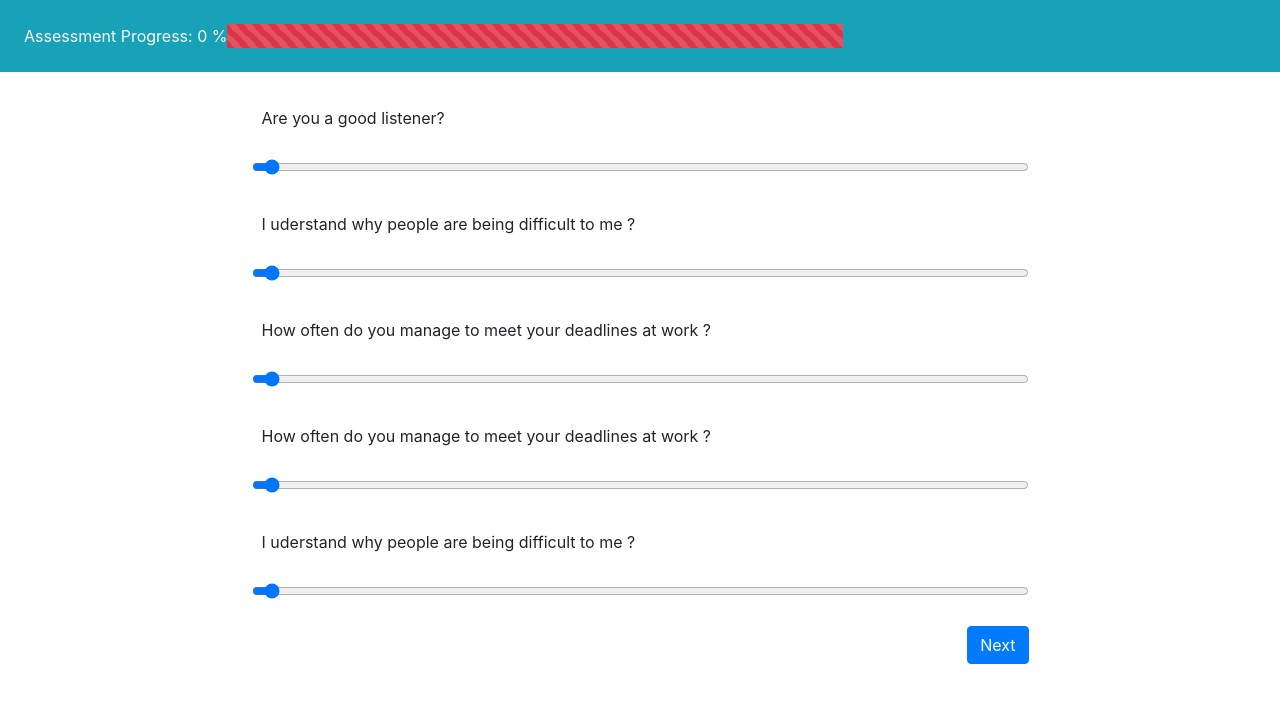
Repository: krushna2/dimentrix_tech
Page: /
The author's editor kept a copy of each file at every save. The page is drawn from the files as they stood at one save, then again after a run of saves.
The browser window is 1280 px wide. The pictures show the whole page.
The project was rebuilt for these pictures with package versions that can differ from the ones it lists, and the page was loaded fresh each time. Also part of the build but not shown: src/components/SecondPageComponent.js, src/components/ThirdPageComponent.js.

Above is the page before, as saved 2020-09-28 15:41:19.

### src/App.js
import React from 'react';
import MasterForm from './components/MasterFormComponent'
import './App.css';

function App() {
  return (
    <div className="App">
      <MasterForm/>
    </div>
  );
}

export default App;

### src/components/MasterFormComponent.js
import React, { Component } from 'react';
import { Form } from 'reactstrap';
import Step1 from './FirstPageComponent';
import Step2 from './SecondPageComponent';
import Step3 from './ThirdPageComponent';
import Header from './HeaderComponent';

class MasterForm extends Component {
    constructor(props) {
        super(props)

        this.state = {
            currentStep: 1,
            first: 0,
            second: 0,
            third: 0,
            fourth: 0,
            fifth: 0,
            sixth: 0,
            seventh: 0,
            eighth: 0,
            nineth: 0,
            tenth: 0,
            elewenth: 0,
            twelth: 0,
            totalScore: 0
        }

        this.handleChange = this.handleChange.bind(this)
        this._next = this._next.bind(this)
        this._prev = this._prev.bind(this)
    }

    _next() {
        let currentStep = this.state.currentStep
            // If the current step is 1 or 2, then add one on "next" button click
        currentStep = currentStep >= 2 ? 3 : currentStep + 1
        this.setState({
            currentStep: currentStep
        })
    }

    _prev() {
        let currentStep = this.state.currentStep
            // If the current step is 2 or 3, then subtract one on "previous" button click
        currentStep = currentStep <= 1 ? 1 : currentStep - 1
        this.setState({
            currentStep: currentStep
        })
    }

    handleChange(event) {
        let { name, value } = event.target
        this.setState({
            [name]: parseInt(value)
        })
        this.calculateScore()
    }

    calculateScore = () => {
        let { first, second, third, fourth, fifth, sixth, seventh, eighth, nineth, tenth, elewenth, twelth } = this.state
        this.setState({ totalScore: first + second + third + fourth + fifth + sixth + seventh + eighth + nineth + tenth + elewenth + twelth })

    }


    handleSubmit = (event) => {
            event.preventDefault()
            const score = this.state.totalScore

            if (score <= 33) {
                alert("Your Assessment Score  is Bad")
            } else if (score <= 66) {
                alert("Your Assessment Score is good")
            } else if (score > 66) {
                alert("Your Assessment Score  is Excellent")
            }


        }
        // shouldComponentUpdate(nextProps, nextState) {
        //   if (!this.handleSubmit) {
        //     return false;
        //   }
        //   return true;
        // }
    get previousButton() {
        let currentStep = this.state.currentStep;
        // If the current step is not 1, then render the "previous" button
        if (currentStep !== 1) {
            return ( <
                button className = "btn btn-secondary"
                type = "button"
                onClick = { this._prev } >
                Previous <
                /button>
            )
        }
        // ...else return nothing
        return null;
    }

    get nextButton() {
        let currentStep = this.state.currentStep;
        // If the current step is not 3, then render the "next" button
        if (currentStep < 3) {
            return ( <
                button className = "btn btn-primary float-right"
                type = "button"
                onClick = { this._next } >
                Next <
                /button>
            )
        }
        // ...else render nothing
        return null;
    }

    render() {
        return ( <
            React.Fragment className = "col-12" >
            <
            Header score = { this.state.totalScore }
            /> <
            div className = "container" >
            <
            Form onSubmit = { this.handleSubmit } >


            <
            Step1 currentStep = { this.state.currentStep }
            handleChange = { this.handleChange }
            score = { this.state }
            /> <
            Step2 currentStep = { this.state.currentStep }
            handleChange = { this.handleChange }
            username = { this.state }
            /> <
            Step3 currentStep = { this.state.currentStep }
            handleChange = { this.handleChange }
            password = { this.state }
            />   <
            div className = "mt-3" > { this.previousButton } { this.nextButton } <
            /div>

            <
            /Form> <
            /div>

            <
            /React.Fragment>
        )
    }
}

export default MasterForm;

### src/App.css
Form{
    width: 70%;
    margin: auto;
}

Form .But{

    margin-left: 40%;
}

Label{

    padding: 10px;
    width: 100%;
    background-color: white;
    border-radius: 20px;
}

/* .bottum{
    background-color: whitesmoke;
} */

input{
    border: 0!important;
    box-shadow: none!important;

}

### src/components/FirstPageComponent.js
import React from 'react';
import {FormGroup, Input, Label} from 'reactstrap';

function Step1(props) {

  if (props.currentStep !== 1) {
    return null
  }
  return(
    <>
        <FormGroup>
                <Label htmlFor="first"> Are you a good listener? </Label>
                  <Input
                    className="form-control slider"
                    step={1}
                    min={0} max={10}
                    defaultValue={0}
                    id="first"
                    name="first"
                    type="range"
                    value ={props.score.first}
                    onChange={props.handleChange}
                    />
        </FormGroup>
        <FormGroup>
            <Label htmlFor="second"> I uderstand why people are being difficult to me ? </Label>
            <Input
              className="form-control slider"
              step={1}
              min={0} max={10}
              defaultValue={0}
              id="second"
              name="second"
              type="range"
              value={props.score.second}
              onChange={props.handleChange}
              />
        </FormGroup>
        <FormGroup>
            <Label htmlFor="third"> How often do you manage to meet your deadlines at work ? </Label>
            <Input
              className="form-control slider"
              step={1}
              min={0} max={10}
              defaultValue={0}
              id="third"
              name="third"
              type="range"
              value={props.score.third}
              onChange={props.handleChange}
              />
        </FormGroup>
        <FormGroup>
            <Label htmlFor="fourth"> How often do you manage to meet your deadlines at work ? </Label>
            <Input
              className="form-control slider"
              step={1}
              min={0} max={10}
              defaultValue={0}
              id="fourth"
              name="fourth"
              type="range"
              value={props.score.fourth}
              onChange={props.handleChange}
              />
        </FormGroup>
              <FormGroup>
            <Label htmlFor="fifth"> I uderstand why people are being difficult to me ? </Label>
            <Input
              className="form-control slider"
              step={1}
              min={0} max={10}
              defaultValue={0}
              id="fifth"
              name="fifth"
              type="range"
              value={props.score.fifth}
              onChange={props.handleChange}
              />
        </FormGroup>

    </>

  );
}


  export default Step1;

### src/components/HeaderComponent.js
import React from 'react';
import { Progress, Nav } from 'reactstrap';

function Header(props) {

    const score = props.score
    const percentage = parseInt((score / 120) * 100)
    const colour = (percentage) => {
        if (percentage <= 33) {
            return "danger"
        } else if (percentage <= 66) {
            return "warning"
        } else if (percentage > 66) {
            return "success"
        }
    }

    return (

        <
        div className = "fluid-container mb-4 " >
        <
        Nav dark className = "text-light bg-info p-4" >
        <
        div > Assessment Progress: { percentage } % < /div>        <
        Progress bar animated className = "col-sm-6"
        color = { colour(percentage) }
        value = { percentage }
        min = "0"
        max = "100" / >
        <
        /Nav> < /
        div >

    )
}

export default Header;

Loaded but not shown: public/index.html (common file); src/index.js (common file); src/index.css (common file); src/serviceWorker.js (common file)

After the next 2 saves:
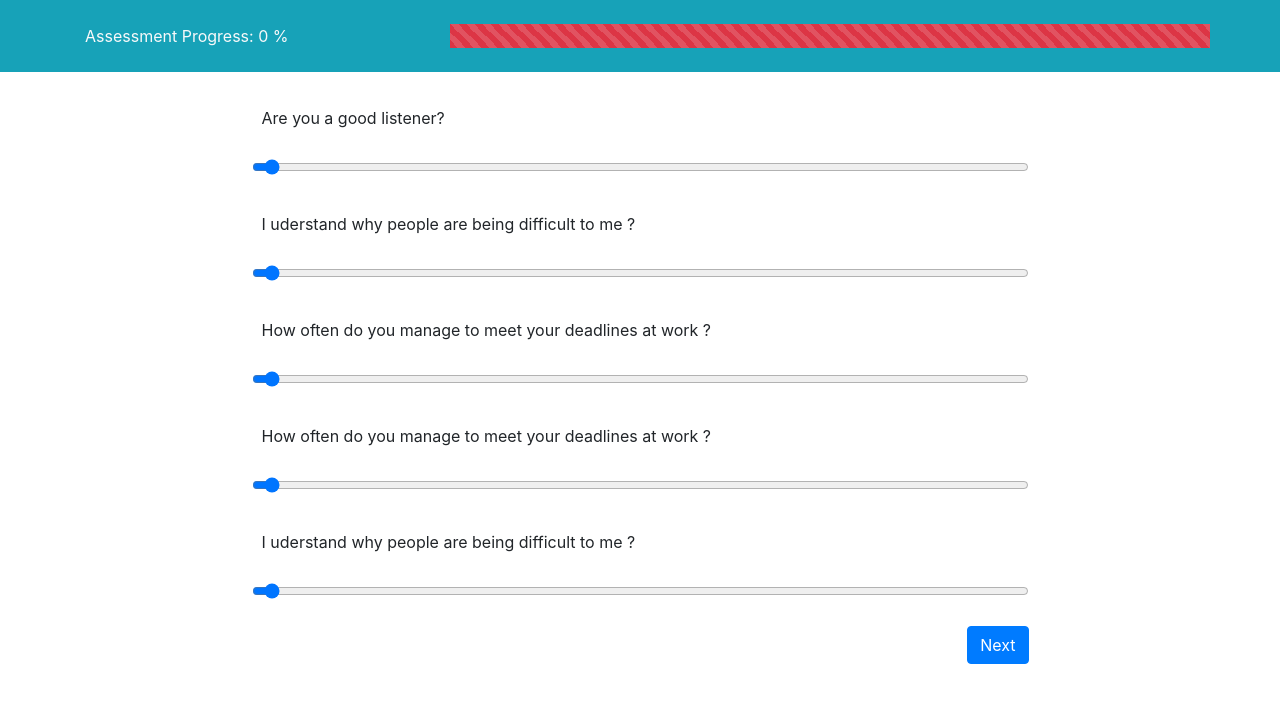
The 2 saves are shown as one change because 1 did not build or start.
The last was saved 6 min 15 s later.
--- a/src/components/HeaderComponent.js
+++ b/src/components/HeaderComponent.js
@@ -15,20 +15,25 @@
         }
     }
 
-    return (
-
-        <
-        div className = "fluid-container mb-4 " >
+    return ( <
+        div className = "fluid-container mb-4" >
         <
         Nav dark className = "text-light bg-info p-4" >
         <
-        div > Assessment Progress: { percentage } % < /div>        <
-        Progress bar animated className = "col-sm-6"
+        div className = "container" >
+        <
+        div className = "row" >
+        <
+        div className = "col-4" > Assessment Progress: { percentage } % < /div>  <
+        Progress bar animated className = "col-8"
         color = { colour(percentage) }
         value = { percentage }
         min = "0"
         max = "100" / >
+
         <
+        /div> < /
+        div > <
         /Nav> < /
         div >
 
